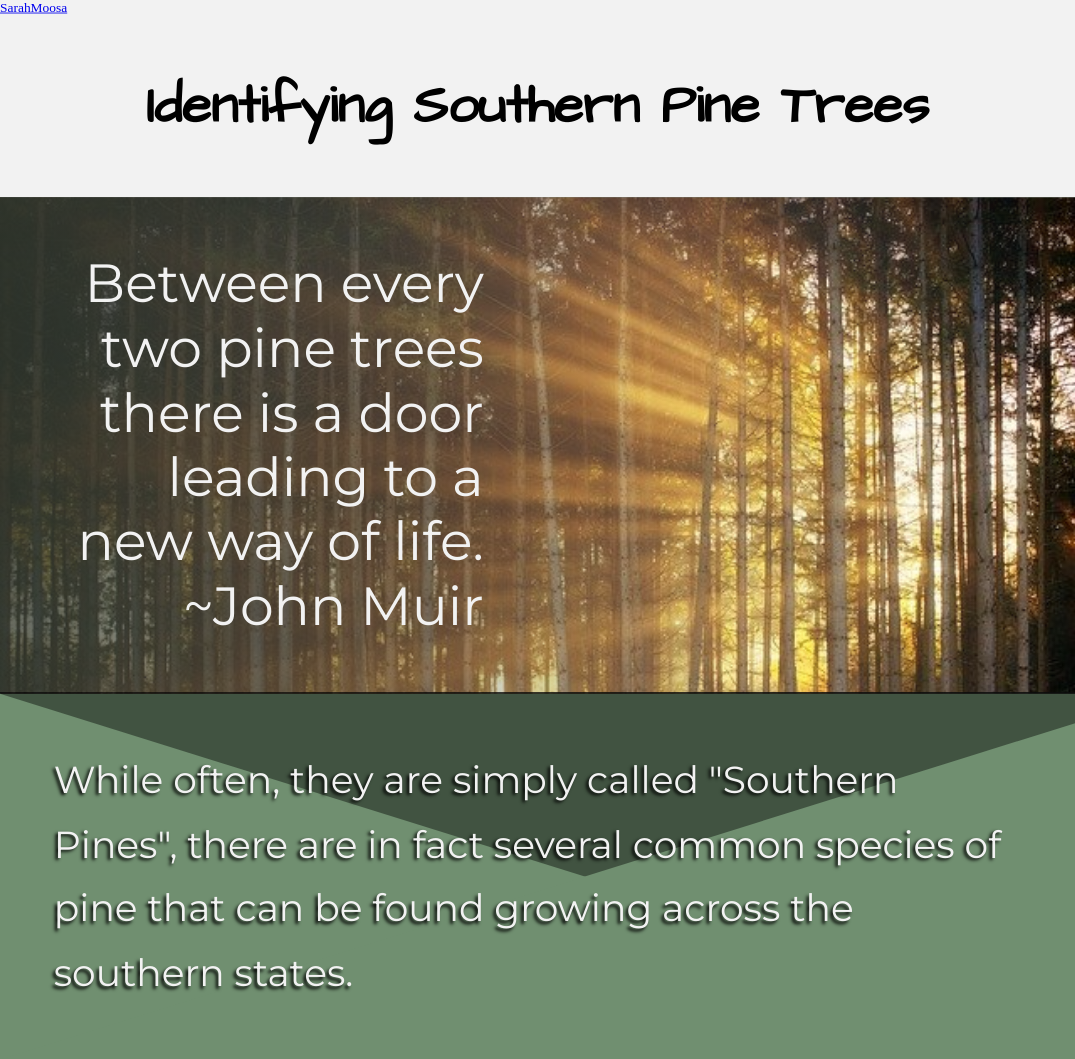
Repository: Sbethm/louisianaPineTrees
Page: pine_main.html
These files come from the project's save history. The page is drawn as it stood at one moment and after the next save; the edit follows.
The browser window is 1280 px wide. The pictures show the whole page, at 84% of full size.
The style sheet was rebuilt from its Sass, Less or Tailwind sources for each picture, by a compiler version that may differ from the author's.

Above is the page before, as saved 2021-09-23 12:16:34.

### pine_main.html
<!DOCTYPE html>
<html lang="en">
<head>
    <meta charset="UTF-8">
    <meta http-equiv="X-UA-Compatible" content="IE=edge">
    <meta name="viewport" content="width=device-width, initial-scale=1.0">
    <link rel="preconnect" href="https://fonts.googleapis.com">
    <link rel="preconnect" href="https://fonts.gstatic.com" crossorigin>
    <link href="https://fonts.googleapis.com/css2?family=Architects+Daughter&family=Montserrat:ital,wght@0,400;0,500;0,700;1,400;1,500;1,700&display=swap" rel="stylesheet">
    <!--
        headerFont: 'Architects Daughter', cursive;
        mainFont: 'Montserrat', sans-serif;
    -->
    <link rel="stylesheet" href="./CSS/main.css">
    <title>Louisiana Pine Trees</title>
</head>
<body>
    <header>
        <a href="#" class="logo">
            SarahMoosa
        </a>
    </header>
    <main>
        <h1>Identifying Southern Pine Trees</h1>
        <div class="intro-container container">
            <div class="background-grad">
                <p class="float-right quote">Between every two pine trees there is a door leading to a new way of life. ~John Muir</p>
            </div>
        </div>
        <div class="container triangle-bg">
            <div class="triangle-left"></div>
            <div class="triangle-right"></div>
            <p class="call-to-action">While often, they are simply called "Southern Pines", there are in fact several common species of pine that can be found growing across the southern states. </p>
        </div>
        <div class="border"></div>
        <div class="questions-container container">
        </div>
        <!-- <div class="results-btn btn">
                <button>Reveal Your Tree!</button>
        </div>
        <div class="results"></div> -->

    </main>
    <script src="apps.js"></script>
</body>

### apps.js
const questCont = document.querySelector('.questions-container');

questCont.innerHTML =
    `<section class="question-block">
    <div class="question"></div>
    </section>
    <section class="question-block">
    <div class="question"></div>
    </section>
    <section class="question-block">
    <div class="question"></div>
    </section>
    <section class="question-block">
    <div class="question"></div>
    </section>
    <section class="question-block">
    <div class="question"></div>
    </section>`;

const questions = {
    1: {
        quest: "How many needles are in the bundle?",
        an: {
            a: "1",
            b: "2"
        }
    },
    2: {
        quest: "How many needles are in the bundle?",
        an: {
            a: "1",
            b: "2"
        }
    },
    3: {
        quest: "How many needles are in the bundle?",
        an: {
            a: "1",
            b: "2"
        }
    },
    4: {
        quest: "How many needles are in the bundle?",
        an: {
            a: "1",
            b: "2"
        }
    },
    5: {
        quest: "How many needles are in the bundle?",
        an: {
            a: "1",
            b: "2"
        }
    }
};

document.addEventListener('load', () => {

})

### src/scss/main.scss
@import "./variables";


//GLOBAL STYLES
*{box-sizing: border-box;}

body {
    margin: 0;
    background-color: $mainColorLi;
}

h1,
h2 {
    font-family: $headerFont;
    padding: clamp(0.5em, 5%, 1.5em);
}

h1{
    font-size: clamp(2rem, 5vw ,5rem);
    margin: 0 auto;
    text-align: center;
}

p {
    margin: 0;
    font-family: $mainFont;
    font-size: clamp(1rem, 3.5vw, 4rem);
    line-height: clamp(1.8rem, 6vw, 4.8rem);
    color: $mainColorLi;
    padding: clamp(0.5em, 5%, 1.5em);
}

.container {
    background-color: $mainColorDr;
}

.background-grad {
    background: linear-gradient(90deg, rgba(57,64,53,0.7721463585434174) 0%, rgba(242,242,242,0.19791666666666663) 66%, rgba(242,242,242,0) 100%);
}

.intro-container {
    background-image: url(../img/forest-pine.jpg);
    background-repeat: no-repeat;
    background-size: cover;
    border-bottom: 2px solid $acColorDr;
}

.quote {
    width: 50%;
    text-align: right;
    font-size: clamp(1.8rem, 5vw, 4rem);
    line-height: clamp(2.5rem, 6vw, 5rem);
}

.call-to-action {
    z-index: 2;
}

.triangle-bg {
    display: grid;
    grid-template-columns: 100%;
    grid-template-rows: 100%;
    align-content: center;

    & p {
        grid-row: 1 / 1;
        grid-column: 1 / 1;
        text-shadow: -3px 3px 4px #020202;
    }

    & .triangle-left{
        grid-row: 1 / 1;
        grid-column: 1 / 1;
        border-style: solid;
        border-width: 400px 0 0 100vw;
        border-color: transparent transparent transparent $acColorLi;
    }

    & .triangle-right {
        height: 100%;
        grid-row: 1 / 1;
        grid-column: 1 / 1;
        border-style: solid;
        border-width:  0 0 400px 100vw;
        border-color: transparent transparent $acColorLi transparent;
    }

    // &::before {
    //     content: "";
    //     position: relative;
    //     top: 300px;
    //     width: 100%;
    //     height: 0;
    //     border-style: solid;
    //     border-width: 300px 0 0 100vw;
    //     border-color: transparent transparent transparent #007bff;
    // }
}

//This code was used to cause grid items to over lap. It worked very well, but I think it is unnecessary and bulkier code than I need for the result that I want.
// .intro-container {
//     display: grid;
//     grid-template-columns: 50% 50%;
//     grid-auto-rows: 100%;

//     & img {
//         grid-column: 1/3;
//         grid-row: 1;
//         display: inline;
//         max-width: 100%;
//         z-index: 1;
//     }

//     & .quote {
//         grid-column: 2/3;
//         grid-row: 1;
//         align-self: center;
//         z-index: 9;
//     }
// }

### src/scss/_variables.scss
//COLORS
$mainColorDr: hsl(120, 12%, 29%);
$mainColorLi: hsl(0, 0%, 95%);
$acColorLi: hsl(120, 12%, 50%);
$acColorDr: hsl(0, 0%, 5%);

//FONTS
$headerFont: 'Architects Daughter', cursive;
$mainFont: 'Montserrat', sans-serif;

After the next save:
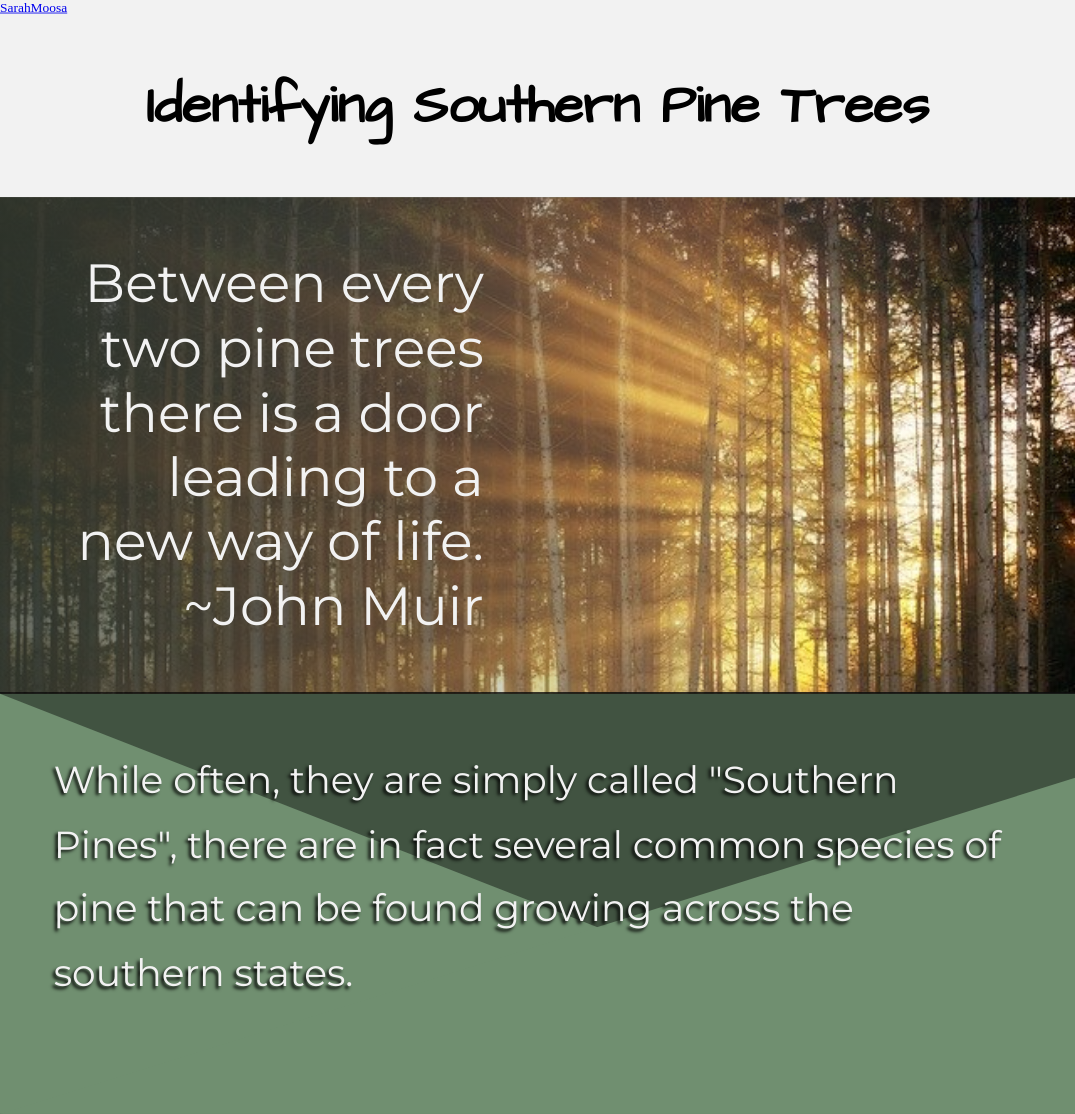
Saved 13 s later.
--- a/src/scss/main.scss
+++ b/src/scss/main.scss
@@ -72,7 +72,7 @@ p {
         grid-row: 1 / 1;
         grid-column: 1 / 1;
         border-style: solid;
-        border-width: 400px 0 0 100vw;
+        border-width: 500px 0 0 100vw;
         border-color: transparent transparent transparent $acColorLi;
     }
 
